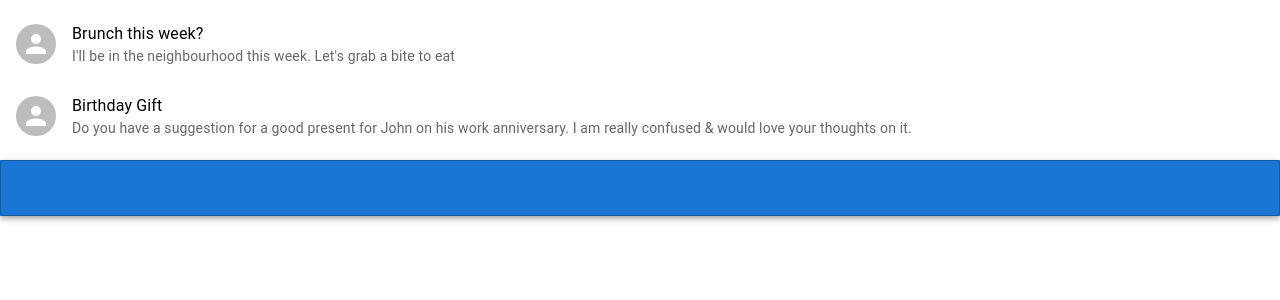
Repository: background-position/midway-react
Page: /chart
The author's editor kept a copy of each file at every save. The page is drawn from the files as they stood at one save, then again after the next save.
The browser window is 1280 px wide. The pictures show the whole page.
The project was rebuilt for these pictures with package versions that can differ from the ones it lists, and the page was loaded fresh each time. Also part of the build but not shown: vite.config.ts, src/service/apis/lambda/index.ts, src/client/pages/login/login.tsx, src/client/pages/register/register.tsx.

Above is the page before, as saved 2021-12-31 18:00:03.

### src/main.tsx
import React from 'react';
import ReactDOM from 'react-dom';
import './index.css';
import App from './client/App';
import { BrowserRouter } from 'react-router-dom';
ReactDOM.render(
    <BrowserRouter>
        <React.StrictMode>
            <App />
        </React.StrictMode>
    </BrowserRouter>,
    document.getElementById('root'),
);

### src/client/App.tsx
import React from 'react';
import { Routes, Route } from 'react-router-dom';
import About from './pages/about/about';
import Login from './pages/login/login';
import Register from './pages/register/register';
import Chart from './pages/chart/index';
function App() {
    return (
        <div className="App">
            <Routes>
                <Route path="/" element={<Login />} />
                <Route path="/register" element={<Register />} />
                <Route path="/chart" element={<Chart />} />
            </Routes>
        </div>
    );
}
export default App;

### src/client/pages/chart/index.tsx
import React, { useState, useEffect, FC } from 'react';
import Container from '@mui/material/Container';
import Header from './components/header';
import Chart from './components/chart';

interface PageProps {}
const App: FC<PageProps> = () => {
    return <Chart />;
};
export default App;

### src/client/pages/chart/components/chart.tsx
import React, { useState, useEffect, FC } from 'react';
import { chartList } from './res';
import { styled } from '@mui/material/styles';
import TextField from '@mui/material/TextField';
import AppBar from '@mui/material/AppBar';
import Box from '@mui/material/Box';
import CssBaseline from '@mui/material/CssBaseline';
import Toolbar from '@mui/material/Toolbar';
import Typography from '@mui/material/Typography';
import IconButton from '@mui/material/IconButton';
import Paper from '@mui/material/Paper';
import Fab from '@mui/material/Fab';
import List from '@mui/material/List';
import ListItem from '@mui/material/ListItem';
import ListItemAvatar from '@mui/material/ListItemAvatar';
import ListItemText from '@mui/material/ListItemText';
import ListSubheader from '@mui/material/ListSubheader';
import Avatar from '@mui/material/Avatar';
import MenuIcon from '@mui/icons-material/Menu';
import AddIcon from '@mui/icons-material/Add';
import SearchIcon from '@mui/icons-material/Search';
import MoreIcon from '@mui/icons-material/MoreVert';
import { makeStyles } from '@material-ui/styles';
interface PageProps {}
const useStyles = makeStyles({
    root: {
        backgroundColor: 'red',
        width: '200px',
    },
});

const App: FC<PageProps> = () => {
    const classes = {
        alignItems: 'flex-end',
    };
    return (
        <div>
            <List sx={{ mb: 2, marginBottom: '0px' }}>
                {chartList.map(({ id, nickname, content, isMe }) => (
                    <React.Fragment key={id}>
                        {isMe ? (
                            <ListItem button>
                                <ListItemText
                                    primary={nickname}
                                    secondary={content}
                                />
                                <ListItemAvatar>
                                    <Avatar alt="Profile Picture" />
                                </ListItemAvatar>
                            </ListItem>
                        ) : (
                            <ListItem button>
                                <ListItemAvatar>
                                    <Avatar alt="Profile Picture" />
                                </ListItemAvatar>
                                <ListItemText
                                    primary={nickname}
                                    secondary={content}
                                />
                            </ListItem>
                        )}
                    </React.Fragment>
                ))}
            </List>
            <AppBar position="sticky" sx={{ top: 'auto', bottom: 0 }}>
                <TextField id="outlined-basic" variant="outlined" />
            </AppBar>
        </div>
    );
};
export default App;

### src/client/pages/chart/components/res.ts
interface chartItem {
    id?: string | number;
    nickname: string;
    content: string;
    logo?: string;
    isMe: boolean;
    [propname: string]: any;
}
export const chartList: Array<chartItem> = [
    {
        id: 1,
        nickname: 'Brunch this week?',
        content:
            "I'll be in the neighbourhood this week. Let's grab a bite to eat",
        isMe: false,
    },
    {
        id: 2,
        nickname: 'Birthday Gift',
        content: `Do you have a suggestion for a good present for John on his work
        anniversary. I am really confused & would love your thoughts on it.`,
        isMe: false,
    },
    // {
    //     id: 3,
    //     nickname: 'Recipe to try',
    //     content:
    //         'I am try out this new BBQ recipe, I think this might be amazing',
    //     isMe: false,
    // },
    // {
    //     id: 4,
    //     nickname: 'Yes!',
    //     content: 'I have the tickets to the ReactConf for this year.',
    //     isMe: false,
    // },
    // {
    //     id: 5,
    //     nickname: "Doctor's Appointment",
    //     content:
    //         'My appointment for the doctor was rescheduled for next Saturday.',
    //     isMe: false,
    // },
    // {
    //     id: 6,
    //     nickname: 'Discussion',
    //     content: `Menus that are generated by the bottom app bar (such as a bottom
    //     navigation drawer or overflow menu) open as bottom sheets at a higher elevation
    //     than the bar.`,
    //     isMe: true,
    // },
    // {
    //     id: 7,
    //     nickname: 'Summer BBQ',
    //     content: `Who wants to have a cookout this weekend? I just got some furniture
    //     for my backyard and would love to fire up the grill.`,
    //     isMe: true,
    // },
    // {
    //     id: 71,
    //     nickname: 'Summer BBQ',
    //     content: `Who wants to have a cookout this weekend? I just got some furniture
    //     for my backyard and would love to fire up the grill.`,
    //     isMe: false,
    // },
    // {
    //     id: 72,
    //     nickname: 'Summer BBQ',
    //     content: `Who wants to have a cookout this weekend? I just got some furniture
    //     for my backyard and would love to fire up the grill.`,
    //     isMe: false,
    // },
    // {
    //     id: 73,
    //     nickname: 'Summer BBQ',
    //     content: `Who wants to have a cookout this weekend? I just got some furniture
    //     for my backyard and would love to fire up the grill.`,
    //     isMe: true,
    // },
    // {
    //     id: 74,
    //     nickname: 'Summer BBQ',
    //     content: `Who wants to have a cookout this weekend? I just got some furniture
    //     for my backyard and would love to fire up the grill.`,
    //     isMe: false,
    // },
    // {
    //     id: 75,
    //     nickname: 'Summer BBQ',
    //     content: `Who wants to have a cookout this weekend? I just got some furniture
    //     for my backyard and would love to fire up the grill.`,
    //     isMe: true,
    // },
];

Loaded but not shown: index.html (common file); src/index.css (common file)

After the next save:
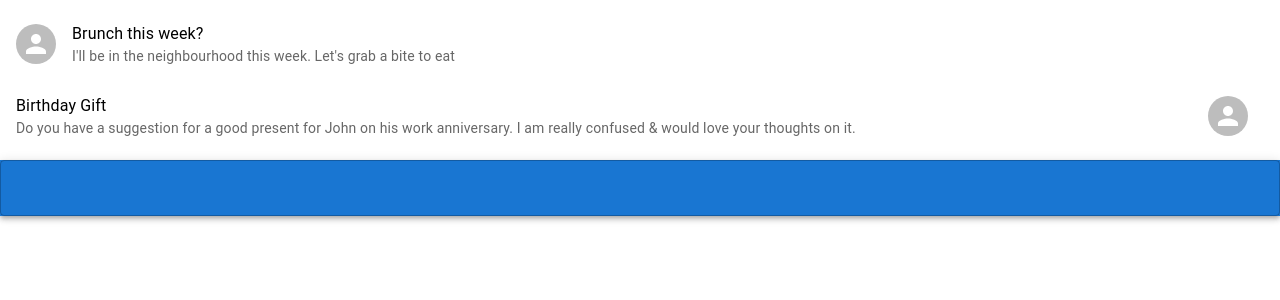
Saved 4 s later.
--- a/src/client/pages/chart/components/res.ts
+++ b/src/client/pages/chart/components/res.ts
@@ -19,7 +19,7 @@ export const chartList: Array<chartItem> = [
         nickname: 'Birthday Gift',
         content: `Do you have a suggestion for a good present for John on his work
         anniversary. I am really confused & would love your thoughts on it.`,
-        isMe: false,
+        isMe: true,
     },
     // {
     //     id: 3,
